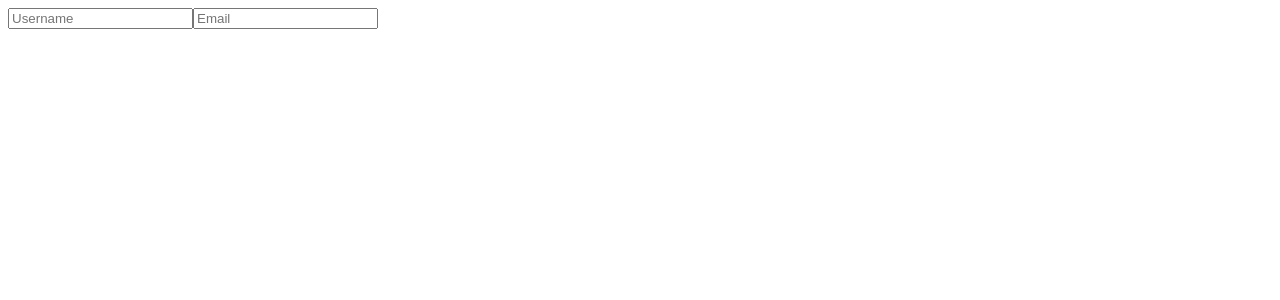
Repository: Ahmed123rezk123/Clinic
Page: index.html
These files come from the project's save history. The page is drawn as it stood at one moment and after the next save; the edit follows.
The browser window is 1280 px wide. The pictures show the whole page.
Empty fields were first filled with sample values (such as "Sample", 5 or name@example.com).
After loading, the first visible `button` was clicked once.
Some web fonts or font styles are not loaded; a fallback is used.

Above is the page before, as saved 2024-04-26 17:50:14.

After the next save:
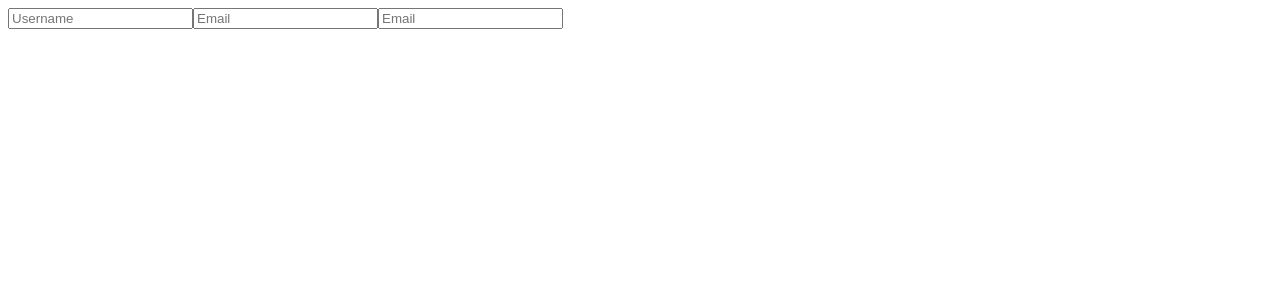
Saved 3 s later.
--- a/index.html
+++ b/index.html
@@ -23,6 +23,7 @@
       document.write("<form>")
         document.write("<input type=text placeholder=Username>")
         document.write("<input type=email placeholder=Email>")
+        document.write("<input type=email placeholder=Email>")
       document.write("</form>")
     }
   </script>
